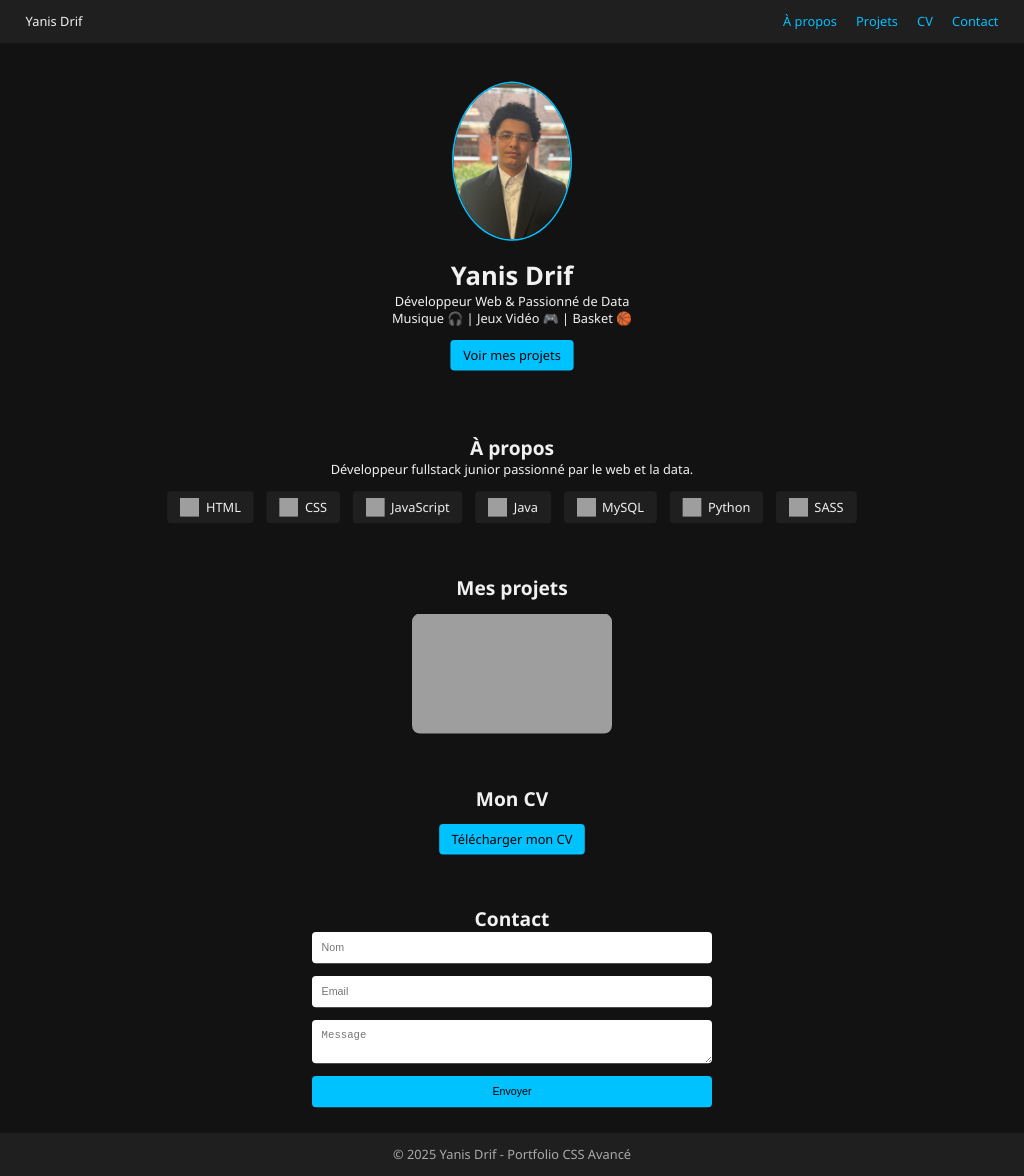
Repository: Yxniiss/ProjetCssAvance
Page: OneDrive/Bureau/Portfolio DrifYanis/home.html
The author's editor kept a copy of each file at every save. The page is drawn from the files as they stood at one save, then again after the next save.
The browser window is 1280 px wide. The pictures show the whole page, at 80% of full size.
Pictures or frames that could not be fetched are drawn as grey boxes.

Above is the page before, as saved 2025-04-10 09:58:28.
Console error: TypeError: Cannot set properties of null (setting 'textContent')

After the next save:
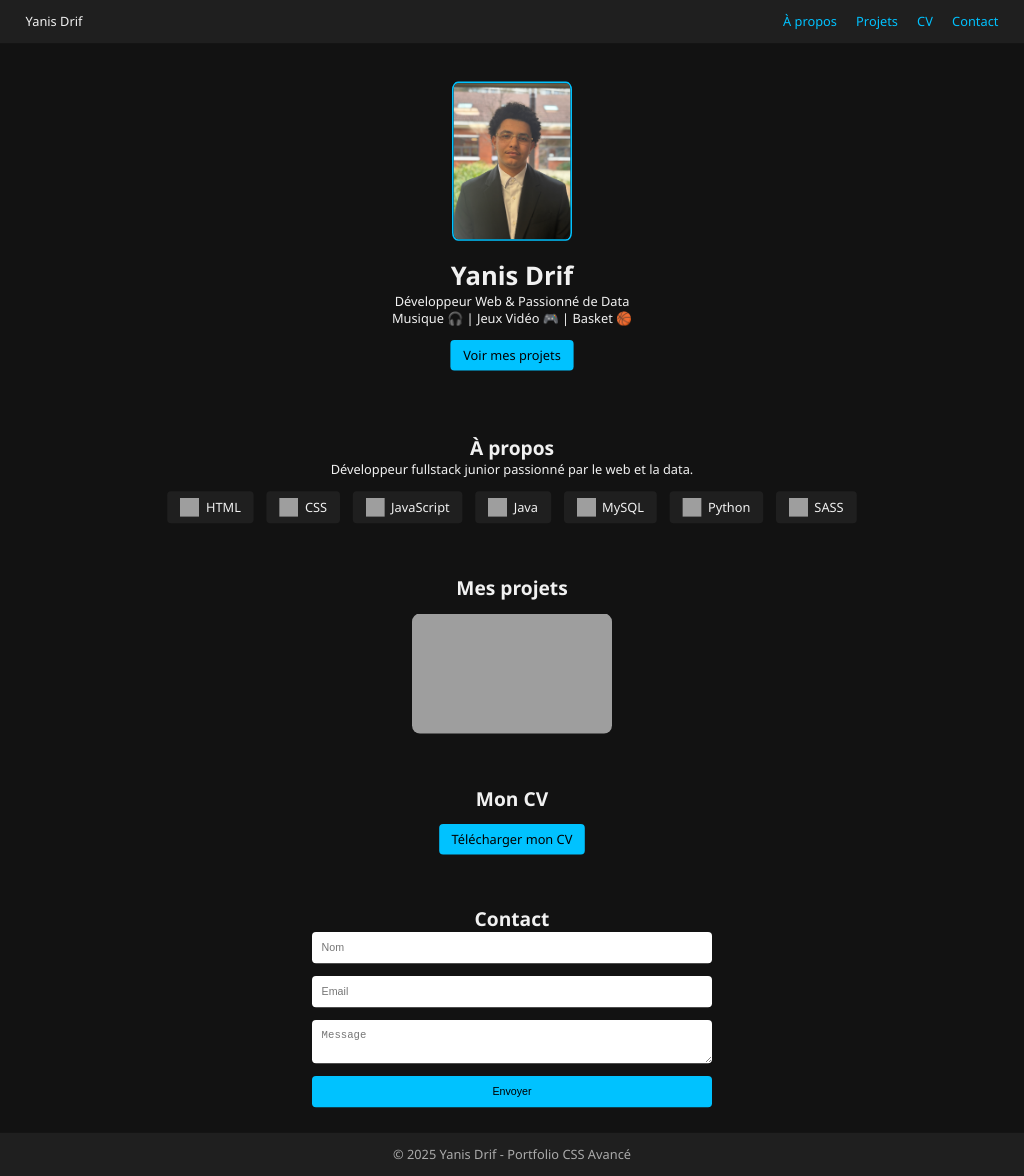
Saved 59 s later.
--- a/OneDrive/Bureau/Portfolio DrifYanis/style.css
+++ b/OneDrive/Bureau/Portfolio DrifYanis/style.css
@@ -34,7 +34,7 @@
   }
 
   .hero__image {
-    border-radius: 50%;
+    border-radius: 5%;
     width: 150px;
     border: 2px solid #00c2ff;
     margin-bottom: 1rem;
